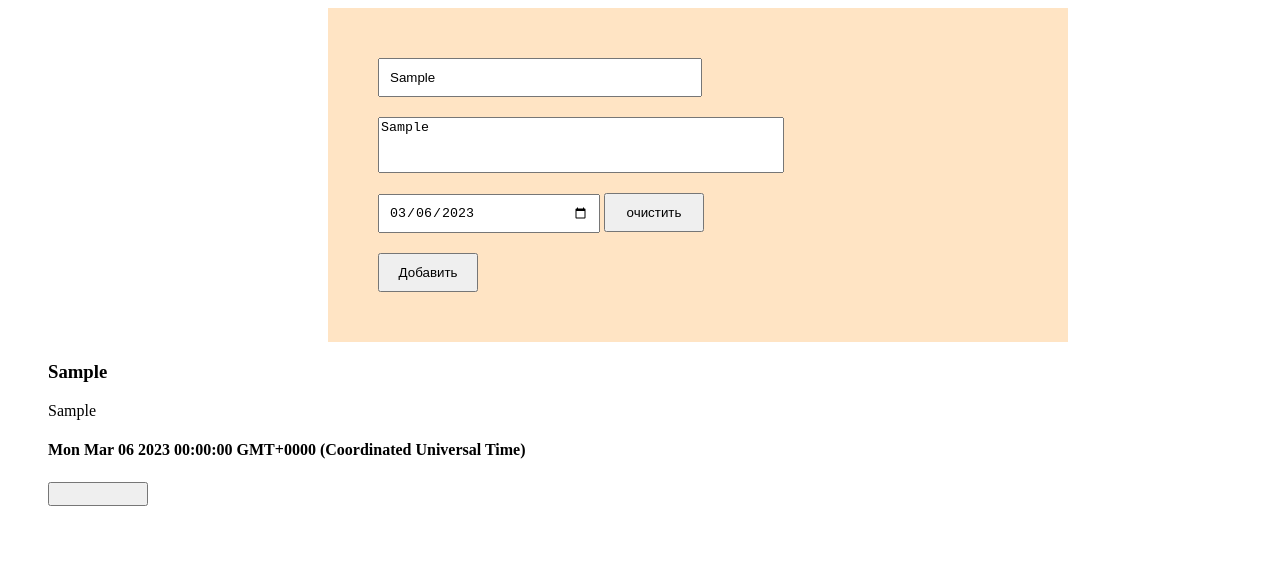
Repository: Grid-Master/commentList
Page: index.html
The author's editor kept a copy of each file at every save. The page is drawn from the files as they stood at one save, then again after the next save.
The browser window is 1280 px wide. The pictures show the whole page.
Empty fields were first filled with sample values (such as "Sample", 5 or name@example.com).
After loading, the first visible `form` was submitted once.

Above is the page before, as saved 2023-03-07 11:00:49.

### index.html
<!DOCTYPE html>
<html lang="en">
  <head>
    <meta charset="UTF-8" />
    <meta http-equiv="X-UA-Compatible" content="IE=edge" />
    <meta name="viewport" content="width=device-width, initial-scale=1.0" />
    <title>Comments</title>
    <style>
      form {
        width: 50vw;
        margin-left: 25vw;
        background-color: bisque;
        display: flex;
        flex-direction: column;
        padding: 50px;
      }

      input[type='text'] {
        width: 300px;
        padding: 10px;
        margin-bottom: 20px;
      }
      textarea {
        width: 400px;
        height: 50px;
        resize: none;
        margin-bottom: 20px;
      }

      input[type='date'] {
        width: 200px;
        padding: 9px;
        margin-bottom: 20px;
      }

      button {
        width: 100px;
        padding: 10px;
      }
    </style>
  </head>
  <body>
    <form onsubmit="addComment(); return false">
      <input id="name" type="text" placeholder="Введите имя" required />
      <textarea id="comment" placeholder="Ваш комментарий..." required></textarea>
      <div>
        <input type="date" id="date" />
        <button type="button" onclick="clearDate()">очистить</button>
      </div>
      <button type="submit">Добавить</button>
    </form>
    <ul id="commentList"></ul>
    <script src="./script.js"></script>
  </body>
</html>

### script.js
document.getElementById('date').valueAsDate = new Date();

function clearDate() {
  document.getElementById('date').valueAsDate = null;
}

let commentsData = [];

function addComment() {
  let name = document.getElementById('name').value;
  let comment = document.getElementById('comment').value;
  let date = document.getElementById('date').valueAsDate;
  let list = document.getElementById('commentList');

  let nameEl = document.createElement('h3');
  let commentEl = document.createElement('p');
  let dateEl = document.createElement('h4');
  let deleteEl = document.createElement('button');
  let container = document.createElement('div');

  nameEl.innerHTML = name;
  commentEl.innerHTML = comment;
  dateEl.innerHTML = date;
  deleteEl.value = 'Удалить комментарий';

  container.append(nameEl, commentEl, dateEl, deleteEl);
  list.append(container);
  //   list.append(listElem);

  //   commentsData.push({
  //     name,
  //     comment,
  //     date,
  //   });
  //  console.log(commentsData);
}

After the next save:
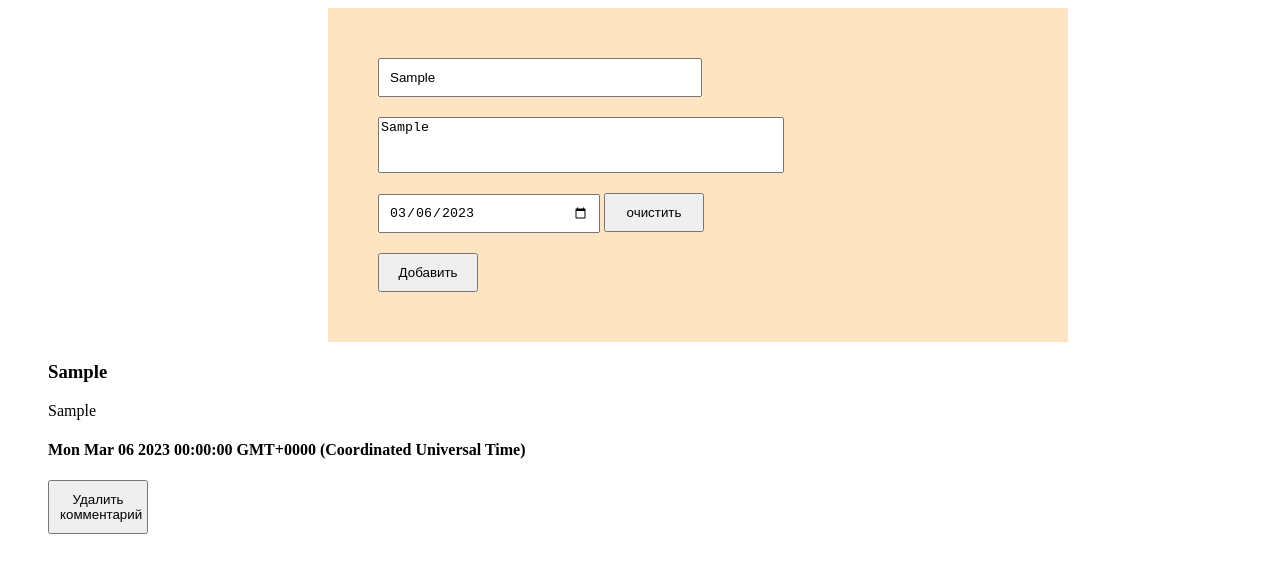
Saved 42 s later.
--- a/script.js
+++ b/script.js
@@ -21,7 +21,7 @@ function addComment() {
   nameEl.innerHTML = name;
   commentEl.innerHTML = comment;
   dateEl.innerHTML = date;
-  deleteEl.value = 'Удалить комментарий';
+  deleteEl.textContent = 'Удалить комментарий';
 
   container.append(nameEl, commentEl, dateEl, deleteEl);
   list.append(container);
